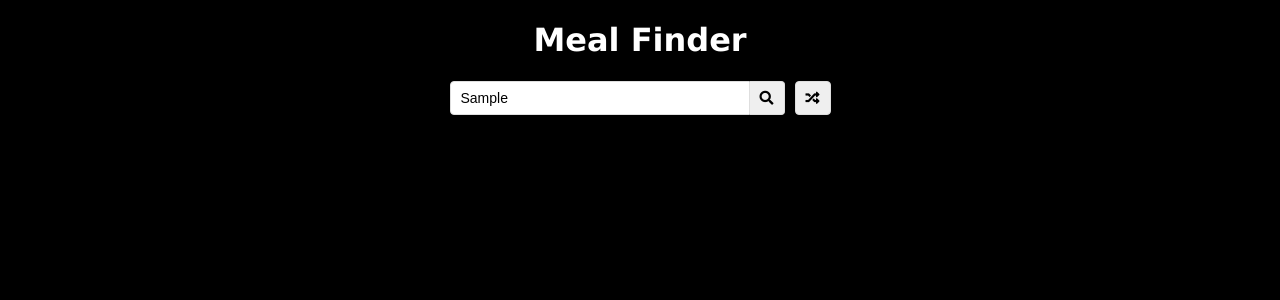
Repository: CAMPSLOPY/MealFinderApp
Page: index.html
An editor plug-in stored every save of this project. The page is shown before and after a run of saves, followed by the edit.
The browser window is 1280 px wide. The pictures show the whole page.
Empty fields were first filled with sample values (such as "Sample", 5 or name@example.com).
After loading, the first visible `#submit` was submitted once.
The page's requests for data from a server got no answer. Some web libraries are served in a nearby version.

Above is the page before, as saved 2021-03-10 13:50:20.

After the next 2 saves:
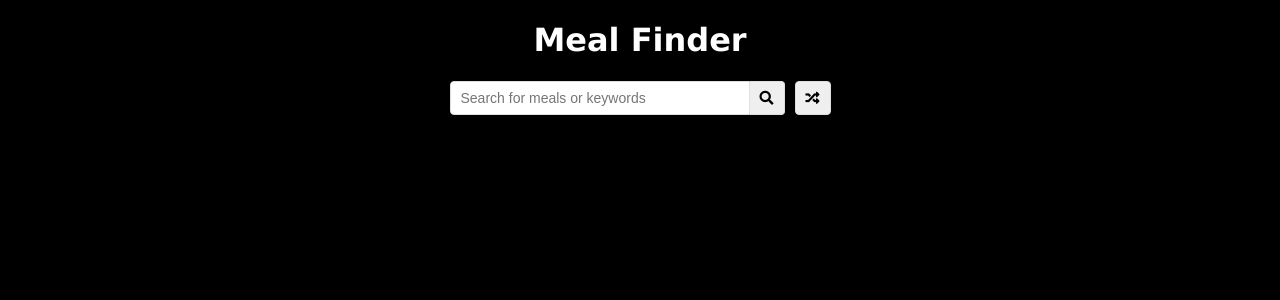
The 2 saves are shown as one change because they came seconds apart.
The last was saved 16 s later.
--- a/app.js
+++ b/app.js
@@ -45,7 +45,7 @@ function searchMeal(e) {
         }
       });
     // clear the search text
-
+    search.value = "";
   } else {
     alert("what did you just do!!!!");
   }
